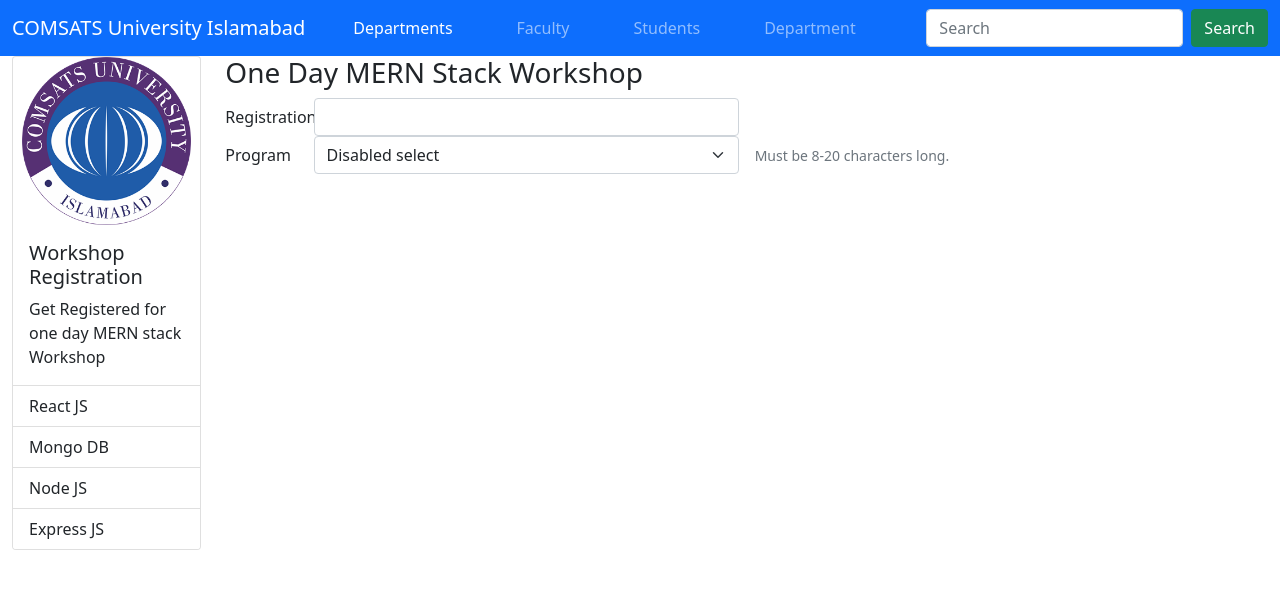
Repository: SaudCh/Web-Mid-Exams
Page: /register
The author's editor kept a copy of each file at every save. The page is drawn from the files as they stood at one save, then again after the next save.
The browser window is 1280 px wide. The pictures show the whole page.
The project was rebuilt for these pictures with package versions that can differ from the ones it lists, and the page was loaded fresh each time.

Above is the page before, as saved 2021-11-22 11:03:15.

### src/App.js
import React from "react";
import { BrowserRouter as Router, Switch, Route } from "react-router-dom";
import "../node_modules/bootstrap/dist/css/bootstrap.min.css";
import "../node_modules/bootstrap/dist/js/bootstrap.bundle.min";
import Header from "./Shared/Header";
import SideBar from "./Shared/SideBar";
import Register from "./Register/register";

export default function App() {
  return (
    <Router>
      <Header />
      <div className="container-fluid">
        <div className="row">
          <div className="col-2">
            <SideBar />
          </div>
          <div className="col-10">
            <Switch>
              <Route path="/" exact>
                <div></div>
              </Route>
              <Route path="/register/" exact>
                <Register />
              </Route>
            </Switch>
          </div>
        </div>
      </div>
    </Router>
  );
}

### src/Shared/Header.jsx
import React from "react";
import { Link } from "react-router-dom";
export default function Header() {
  return (
    <nav class="navbar navbar-expand-lg navbar-dark bg-primary">
      <div class="container-fluid">
        <Link to="/" class="navbar-brand" href="#">
          COMSATS University Islamabad
        </Link>
        <button
          class="navbar-toggler"
          type="button"
          data-bs-toggle="collapse"
          data-bs-target="#navbarSupportedContent"
          aria-controls="navbarSupportedContent"
          aria-expanded="false"
          aria-label="Toggle navigation"
        >
          <span class="navbar-toggler-icon"></span>
        </button>
        <div class="collapse navbar-collapse" id="navbarSupportedContent">
          <ul class="navbar-nav me-auto mb-2 mb-lg-0">
            <li class="nav-item mx-md-4">
              <Link to="/" class="nav-link active" aria-current="page" href="#">
                Departments
              </Link>
            </li>
            <li class="nav-item mx-md-4">
              <Link to="/" class="nav-link" href="#">
                Faculty
              </Link>
            </li>

            <li class="nav-item mx-md-4">
              <Link
                to="/"
                class="nav-link"
                href="#"
                tabindex="-1"
                aria-disabled="true"
              >
                Students
              </Link>
            </li>
            <li class="nav-item mx-md-4">
              <Link
                to="/"
                class="nav-link"
                href="#"
                tabindex="-1"
                aria-disabled="true"
              >
                Department
              </Link>
            </li>
          </ul>
          <form class="d-flex">
            <input
              class="form-control me-2"
              type="search"
              placeholder="Search"
              aria-label="Search"
            />
            <button
              class="btn btn-outline-success btn-success text-white"
              type="submit"
            >
              Search
            </button>
          </form>
        </div>
      </div>
    </nav>
  );
}

### src/Shared/SideBar.jsx
import React from "react";
import logo from "../public/comsats-logo.png";

export default function SideBar() {
  return (
    <div class="card">
      <img
        src={logo}
        class="card-img-top"
        style={{ width: "90%", alignSelf: "center" }}
        alt="..."
      />
      <div class="card-body">
        <h5 class="card-title">Workshop Registration</h5>
        <p class="card-text">Get Registered for one day MERN stack Workshop</p>
      </div>
      <ul class="list-group list-group-flush">
        <li class="list-group-item">React JS</li>
        <li class="list-group-item">Mongo DB</li>
        <li class="list-group-item">Node JS</li>
        <li class="list-group-item">Express JS</li>
      </ul>
    </div>
  );
}

### src/Register/register.jsx
import React from "react";

export default function register() {
  return (
    <div>
      <h3>One Day MERN Stack Workshop</h3>
      <form>
        <div class="row g-3 align-items-center">
          <div class="col-1">
            <label for="registration" class="col-form-label">
              Registration
            </label>
          </div>
          <div class="col-5">
            <input
              type="text"
              id="registration"
              class="form-control"
              aria-describedby="passwordHelpInline"
            />
          </div>
        </div>
        <div class="row g-3 align-items-center">
          <div class="col-1">
            <label for="program" class="col-form-label">
              Program
            </label>
          </div>
          <div class="col-5">
            <select id="program" class="form-select">
              <option>Disabled select</option>
            </select>
          </div>
          <div class="col-auto">
            <span id="passwordHelpInline" class="form-text">
              Must be 8-20 characters long.
            </span>
          </div>
        </div>
      </form>
    </div>
  );
}

Loaded but not shown: public/index.html (common file); src/index.js (common file); src/index.css (common file); src/reportWebVitals.js (common file)

After the next save:
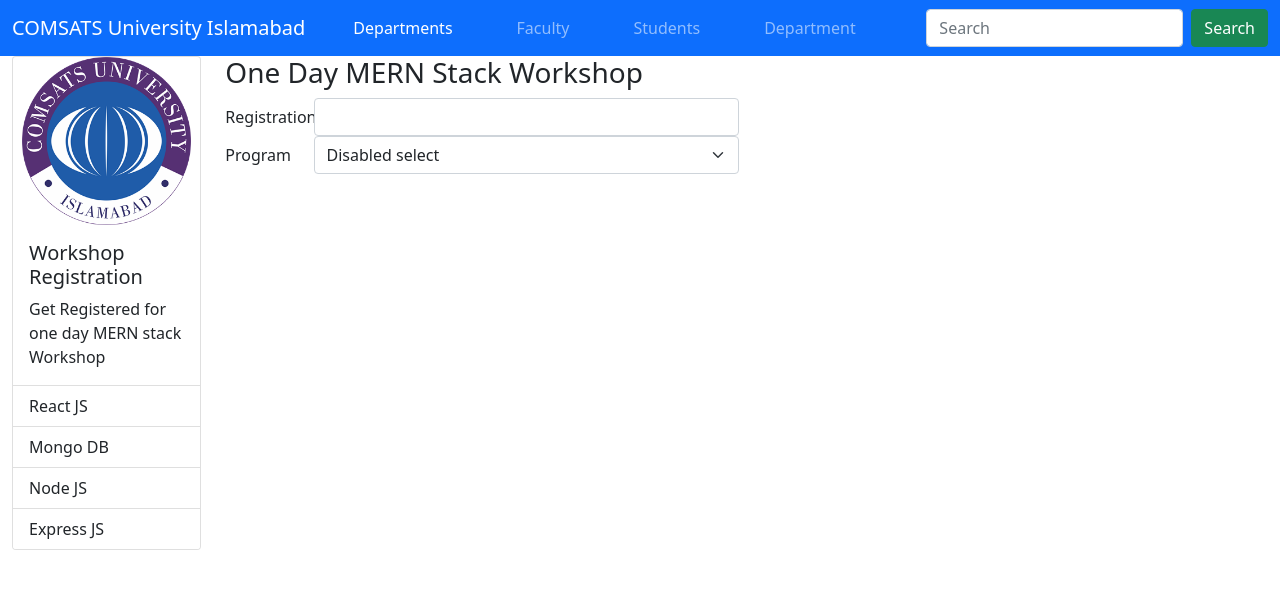
Saved 8 s later.
--- a/src/Register/register.jsx
+++ b/src/Register/register.jsx
@@ -31,11 +31,6 @@
               <option>Disabled select</option>
             </select>
           </div>
-          <div class="col-auto">
-            <span id="passwordHelpInline" class="form-text">
-              Must be 8-20 characters long.
-            </span>
-          </div>
         </div>
       </form>
     </div>
